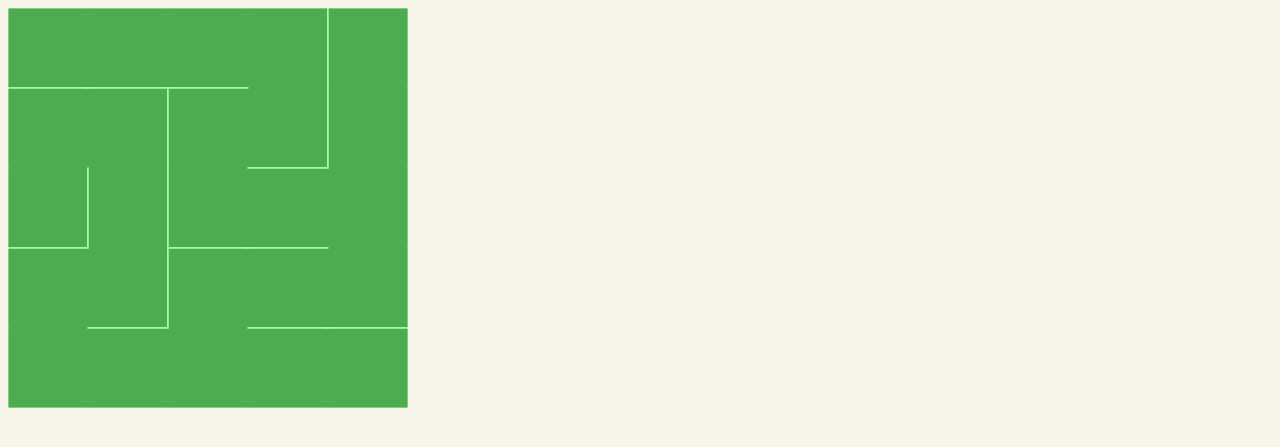
Repository: animarcus/maze-generator
Page: index.html
These files come from the project's save history. The page is drawn as it stood at one moment and after the next save; the edit follows.
The browser window is 1280 px wide. The pictures show the whole page.
Some web libraries are served in a nearby version.

Above is the page before, as saved 2020-09-12 20:04:05.

After the next save:
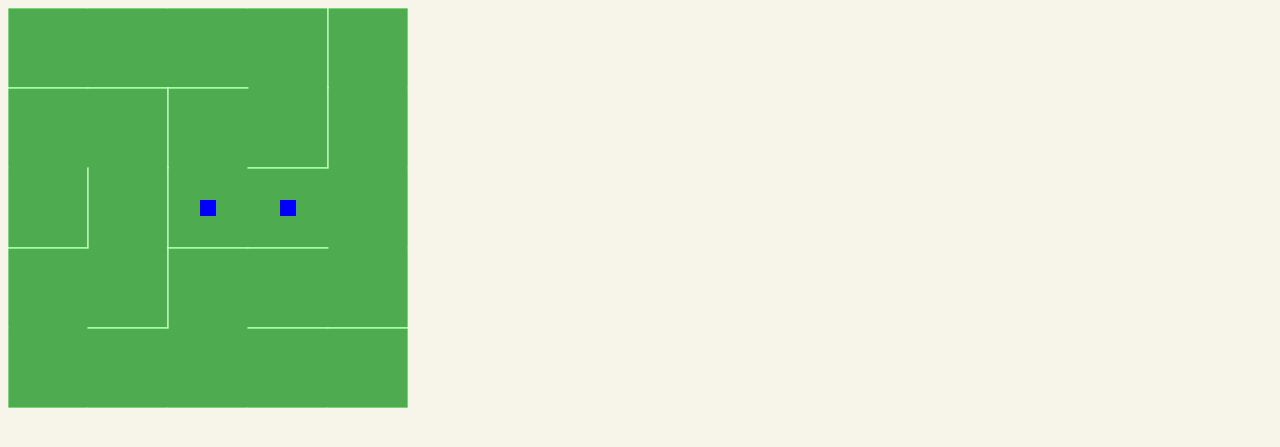
Saved 14 s later.
--- a/js/sketch.js
+++ b/js/sketch.js
@@ -46,7 +46,6 @@ function draw() {
     maze.generateMaze();
   } else if (solveOK) {
     if (solver.i !== exitPoint[0] && solver.j !== exitPoint[1]) {
-    } else {
       maze.solveMaze();
     }
   }
